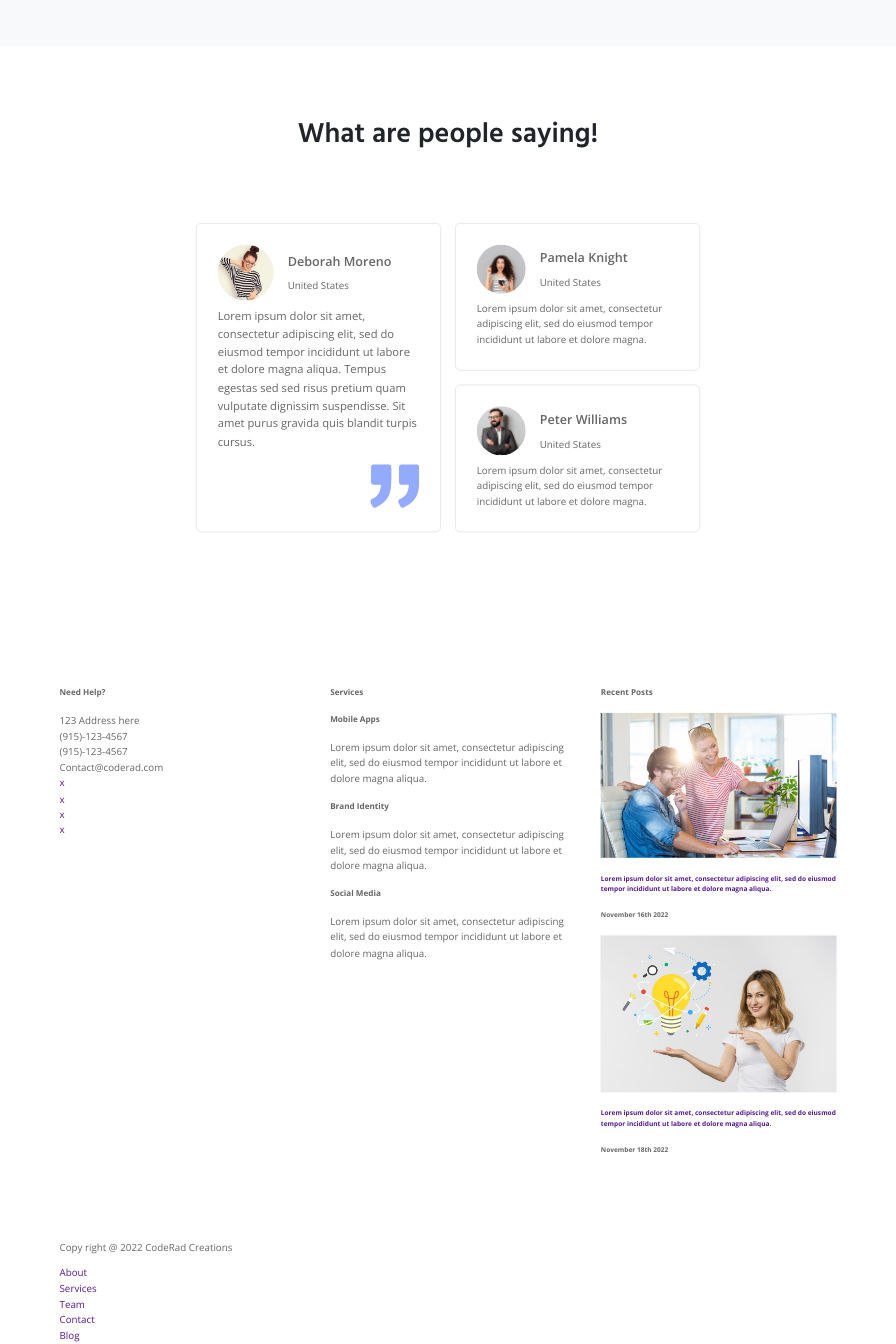
Repository: Sc-Juju/CodeRad
Page: index.html
The author's editor kept a copy of each file at every save. The page is drawn from the files as they stood at one save, then again after the next save.
The browser window is 1280 px wide. The pictures show the part of the page from y = 3248 to 5168 px (the page is 5168 px tall), at 70% of full size.

Above is the page before, as saved 2022-11-16 10:08:39.

### index.html
<!DOCTYPE html>
<html>
	<head>
		<meta charset="utf-8" />
		<meta http-equiv="X-UA-Compatible" content="IE=edge" />
		<title>CodeRad</title>
		<meta name="description" content="" />
		<meta name="viewport" content="width=device-width, initial-scale=1" />

		<link
			href="https://fonts.googleapis.com/css2?family=Open+Sans:wght@300;400;600;700&display=swap"
			rel="stylesheet"
		/>
		<link
			href="https://fonts.googleapis.com/css2?family=Hind:wght@300;400;500;600;700&display=swap"
			rel="stylesheet"
		/>

		<link rel="stylesheet" href="./css/default.css" />
		<link rel="stylesheet" href="./css/styles.css" />
		<link rel="stylesheet" href="./css/responsive.css" />
	</head>
	<body>
		<nav class="navbar nav">
			<div class="container">
				<button
					class="navbar-toggler"
					aria-expanded="false"
					aria-controls="navbarDropdown"
				>
					<span>&#9776;</span>
				</button>
				<a class="navbar-brand" href="index.html">CodeRad</a>
				<ul class="navbar-nav">
					<li class="nav-link">
						<a href="#">Home</a>
					</li>

					<li class="nav-link">
						<a href="#">Blog</a>
					</li>
					<li class="nav-link">
						<a href="#">Portfolio</a>
					</li>
					<li class="nav-link">
						<a href="#">Contact</a>
					</li>
				</ul>
			</div>
		</nav>

		<header class="bg-header">
			<div class="container">
				<div class="hero-wrapper">
					<h2 class="hero-header">
						Young in our spirits and <br />
						modern look.
					</h2>
					<a class="btn btn-white" href="#">Learn more</a>
				</div>
			</div>
		</header>
		<!--Why me-->
		<section>
			<div class="container why-me-wrapper">
				<div class="block-text">
					<span>Why choose me</span>
					<h2>
						Meeting Your Needs <br />
						In Website Building
					</h2>
					<p>
						Lorem ipsum dolor sit amet, consectetur adipiscing elit,
						sed do eiusmod tempor incididunt ut labore et dolore
						magna aliqua.
					</p>
					<a href="" class="btn btn-primary">Learn More</a>
				</div>
				<div>
					<img src="./CodeRad-assets/image2.svg" alt="Icon Chart" />
				</div>
			</div>
		</section>
		<!--Services-->
		<section class="bg-contrast">
			<div class="container service-grid">
				<div class="service-card">
					<span class="bg-color-1"></span>
					<div>
						<h3>Branding</h3>
						<p>
							Lorem ipsum dolor sit amet, consectetur adipiscing
							elit, sed do eiusmod tempor incididunt ut labore et
							dolore magna aliqua. Ut morbi tincidunt augue
							interdum velit euismod in pellentesque. Congue
							mauris rhoncus aenean vel.
						</p>
					</div>
				</div>
				<div class="service-card">
					<span class="bg-color-2"></span>
					<div>
						<h3>Design & UX</h3>
						<p>
							Lorem ipsum dolor sit amet, consectetur adipiscing
							elit, sed do eiusmod tempor incididunt ut labore et
							dolore magna aliqua. Ut morbi tincidunt augue
							interdum velit euismod in pellentesque. Congue
							mauris rhoncus aenean vel.
						</p>
					</div>
				</div>
				<div class="service-card">
					<span class="bg-color-3"></span>
					<div>
						<h3>Development</h3>
						<p>
							Lorem ipsum dolor sit amet, consectetur adipiscing
							elit, sed do eiusmod tempor incididunt ut labore et
							dolore magna aliqua. Ut morbi tincidunt augue
							interdum velit euismod in pellentesque. Congue
							mauris rhoncus aenean vel.
						</p>
					</div>
				</div>
				<div class="service-card">
					<span class="bg-color-4"></span>
					<div>
						<h3>User analysis</h3>
						<p>
							Lorem ipsum dolor sit amet, consectetur adipiscing
							elit, sed do eiusmod tempor incididunt ut labore et
							dolore magna aliqua. Ut morbi tincidunt augue
							interdum velit euismod in pellentesque. Congue
							mauris rhoncus aenean vel.
						</p>
					</div>
				</div>
				<div class="service-card">
					<span class="bg-color-5"></span>
					<div>
						<h3>UX Research</h3>
						<p>
							Lorem ipsum dolor sit amet, consectetur adipiscing
							elit, sed do eiusmod tempor incididunt ut labore et
							dolore magna aliqua. Ut morbi tincidunt augue
							interdum velit euismod in pellentesque. Congue
							mauris rhoncus aenean vel.
						</p>
					</div>
				</div>
				<div class="service-card">
					<span class="bg-color-6"></span>
					<div>
						<h3>SEO Service</h3>
						<p>
							Lorem ipsum dolor sit amet, consectetur adipiscing
							elit, sed do eiusmod tempor incididunt ut labore et
							dolore magna aliqua. Ut morbi tincidunt augue
							interdum velit euismod in pellentesque. Congue
							mauris rhoncus aenean vel.
						</p>
					</div>
				</div>
			</div>
		</section>

		<!--Video Demo-->
		<section class="video-demo">
			<div class="container">
				<div class="block-text">
					<h2>Telling Our Story</h2>
					<p>
						Lorem ipsum dolor sit amet, consectetur adipiscing elit,
						sed do eiusmod tempor <br />
						incididunt ut labore et dolore magna aliqua.
					</p>
				</div>
				<div class="video-box">
					<a href="#" class="video-btn">
						<img
							src="./CodeRad-assets/play.svg"
							alt="Play Video Button"
						/>
					</a>
					<img
						src="./CodeRad-assets/demo-video-thumbnail.jpg"
						alt="Video thumbnail"
					/>
				</div>
			</div>
		</section>

		<!--Pricing plans-->
		<section class="bg-contrast">
			<div class="block-text pricing-header">
				<h2>Choose The Right Package For You!</h2>
				<p>
					Lorem ipsum dolor sit amet, consectetur adipiscing elit, sed
					do eiusmod tempor <br />
					incididunt ut labore et dolore magna aliqua.
				</p>
			</div>
			<div class="pricing-table">
				<div class="price-card">
					<h3>Basic</h3>
					<div class="price">$99.90</div>
					<div class="billed">per month</div>
					<hr />
					<ul>
						<li>
							<span class="title">Community Support</span>
							<span class="icon">&#10003;</span>
						</li>
						<li>
							<span class="title">Flexible simple license</span>
							<span class="icon">&#10003;</span>
						</li>
						<li>
							<span class="title">100+ styled components</span>
							<span class="icon">&#10761;</span>
						</li>
						<li>
							<span class="title">100+ Header variations</span>
							<span class="icon">&#10761;</span>
						</li>
						<li>
							<span class="title">Speedy build tooling</span>
							<span class="icon">&#10761;</span>
						</li>
					</ul>
				</div>

				<div class="price-card featured">
					<h3>Standard</h3>
					<div class="price">$199.90</div>
					<div class="billed">per month</div>
					<hr />
					<ul>
						<li>
							<span class="title">Community Support</span>
							<span class="icon checked">&#10003;</span>
						</li>
						<li>
							<span class="title">Flexible simple license</span>
							<span class="icon checked">&#10003;</span>
						</li>
						<li>
							<span class="title">100+ styled components</span>
							<span class="icon checked">&#10003;</span>
						</li>
						<li>
							<span class="title">100+ Header variations</span>
							<span class="icon times">&#10761;</span>
						</li>
						<li>
							<span class="title">Speedy build tooling</span>
							<span class="icon times">&#10761;</span>
						</li>
						<div class="plan-btn-wrapper">
							<a href="" class="btn btn-primary">Learn More</a>
						</div>
					</ul>
				</div>

				<div class="price-card">
					<h3>Enterprise</h3>
					<div class="price">$499.90</div>
					<div class="billed">per month</div>
					<hr />
					<ul>
						<li>
							<span class="title">Community Support</span>
							<span class="icon">&#10003;</span>
						</li>
						<li>
							<span class="title">Flexible simple license</span>
							<span class="icon">&#10003;</span>
						</li>
						<li>
							<span class="title">100+ styled components</span>
							<span class="icon">&#10003;</span>
						</li>
						<li>
							<span class="title">100+ Header variations</span>
							<span class="icon">&#10003;</span>
						</li>
						<li>
							<span class="title">Speedy build tooling</span>
							<span class="icon">&#10003;</span>
						</li>
					</ul>
				</div>
			</div>
		</section>

		<!--Testimonials-->
		<section class="testimonials">
			<div class="block-text">
				<h2>What are people saying!</h2>
			</div>
			<div class="testimonial-grid">
				<div class="testimonial-card lg">
					<div class="top">
						<img
							src="./CodeRad-assets/1.png"
							alt=""
							class="profile"
						/>
						<div class="top-info">
							<h4>Deborah Moreno</h4>
							<span>United States</span>
						</div>
					</div>
					<div class="bottom">
						<p>
							Lorem ipsum dolor sit amet, consectetur adipiscing
							elit, sed do eiusmod tempor incididunt ut labore et
							dolore magna aliqua. Tempus egestas sed sed risus
							pretium quam vulputate dignissim suspendisse. Sit
							amet purus gravida quis blandit turpis cursus.
						</p>
						<span>
							<img
								src="./CodeRad-assets/quote-colored.svg"
								alt="quote"
								class="quote"
							/>
						</span>
					</div>
				</div>

				<div class="testimonial-card md">
					<div class="top">
						<img
							src="./CodeRad-assets/2.png"
							alt=""
							class="profile"
						/>
						<div class="top-info">
							<h4>Pamela Knight</h4>
							<span>United States</span>
						</div>
					</div>
					<div class="bottom">
						<p>
							Lorem ipsum dolor sit amet, consectetur adipiscing
							elit, sed do eiusmod tempor incididunt ut labore et
							dolore magna.
						</p>
					</div>
				</div>

				<div class="testimonial-card md">
					<div class="top">
						<img
							src="./CodeRad-assets/3.png"
							alt=""
							class="profile"
						/>
						<div class="top-info">
							<h4>Peter Williams</h4>
							<span>United States</span>
						</div>
					</div>
					<div class="bottom">
						<p>
							Lorem ipsum dolor sit amet, consectetur adipiscing
							elit, sed do eiusmod tempor incididunt ut labore et
							dolore magna.
						</p>
					</div>
				</div>
			</div>
		</section>
		<!--Footer-->
		<footer class="bg-footer">
			<div class="container">
				<section class="footer-top">
					<div class="footer-col">
						<h5>Need Help?</h5>
						<div class="contact-info">
							<ul>
								<li>123 Address here</li>
								<li>(915)-123-4567</li>
								<li>(915)-123-4567</li>
								<li>Contact@coderad.com</li>
							</ul>
						</div>
						<div class="social-icons">
							<ul>
								<li><a href="">x</a></li>
								<li><a href="">x</a></li>
								<li><a href="">x</a></li>
								<li><a href="">x</a></li>
							</ul>
						</div>
					</div>
					<div class="footer-col">
						<h5>Services</h5>
						<div class="seervices-wrapper">
							<h5>Mobile Apps</h5>
							<p>
								Lorem ipsum dolor sit amet, consectetur
								adipiscing elit, sed do eiusmod tempor
								incididunt ut labore et dolore magna aliqua.
							</p>
						</div>
						<div class="seervices-wrapper">
							<h5>Brand Identity</h5>
							<p>
								Lorem ipsum dolor sit amet, consectetur
								adipiscing elit, sed do eiusmod tempor
								incididunt ut labore et dolore magna aliqua.
							</p>
						</div>
						<div class="seervices-wrapper">
							<h5>Social Media</h5>
							<p>
								Lorem ipsum dolor sit amet, consectetur
								adipiscing elit, sed do eiusmod tempor
								incididunt ut labore et dolore magna aliqua.
							</p>
						</div>
					</div>
					<div class="footer-col">
						<h5>Recent Posts</h5>
						<div class="recent-posts">
							<img src="./CodeRad-assets/blog1.jpg" alt="blog1" />
							<div class="post-inner">
								<h6>
									<a href=""
										>Lorem ipsum dolor sit amet, consectetur
										adipiscing elit, sed do eiusmod tempor
										incididunt ut labore et dolore magna
										aliqua.</a
									>
								</h6>
								<h6>November 16th 2022</h6>
							</div>
						</div>
						<div class="recent-posts">
							<img src="./CodeRad-assets/blog2.jpg" alt="blog2" />
							<div class="post-inner">
								<h6>
									<a href=""
										>Lorem ipsum dolor sit amet, consectetur
										adipiscing elit, sed do eiusmod tempor
										incididunt ut labore et dolore magna
										aliqua.</a
									>
								</h6>
								<h6>November 18th 2022</h6>
							</div>
						</div>
					</div>
				</section>
				<section class="footer-bottom">
					<div class="footer-bottom-wrapper">
						<div class="copyright">
							<p>Copy right @ 2022 CodeRad Creations</p>
						</div>
						<div class="footer-bottom-links">
							<ul>
								<li><a href="">About</a></li>
								<li><a href="">Services</a></li>
								<li><a href="">Team</a></li>
								<li><a href="">Contact</a></li>
								<li><a href="">Blog</a></li>
							</ul>
						</div>
					</div>
				</section>
			</div>
		</footer>
	</body>
</html>

### css/default.css
:root{
    --white:#fff;
    --black: #000;
    --font-color-base:#666;
    --font-color-dark:#212529;
    --font-color-light:#b0aebe;
    --font-color-link:#57a6ff;
    --footer:#34314b;
    --footer-base:2e2b45;
    --contrast:rgba(246, 248, 249, 0.8);
    --success: #64ecf5;
    --danger:#ff8b8d;
    --grad-1:#a1ecff;
    --grad-2:#7dbcff;


    --size-10:0.625rem;
    --size-14:0.875rem;
    --size-16:1rem;
    --size-18:1.125rem;
    --size-20:1.25rem;
    --size-30:1.875rem;
    --size-40:2.5rem;
    --size-50:3.125rem;
    --size-100:6.25rem;
    --size-150:9.375rem;
}
body{
    font-family:"Open Sans", sans-serif;
    font-weight: 400;
    font-size:0.875rem;
    line-height: 1.6;
    letter-spacing: 0;
    color: var(--font-color-base);
    margin:0;
    padding:0;
}
*,
::after,
::before{
    box-sizing: border-box;
}
ul{
    padding:0;
    margin:0;
    list-style: none;
}
a {text-decoration: none;}
p {margin-top:0;}
h2{
    font-size:1.75rem;
    font-weight:500;
    line-height:1.2;
}
img {
    width:100%;
    max-width:100%;
    vertical-align:middle;
    border-style: none;
}
.container{
    width: 100%;
    padding-left:15px;
    padding-right:15px;
    margin-right:auto;
    margin-left:auto;
}

.btn{
    display: inline-block;
    font-weight: 400;
    color: var(--font-color-dark);
    text-align: center;
    cursor: pointer;
    user-select: none;
    background-color: transparent;
    border: 1px solid transparent;
    padding: .375rem .75rem;
    border-radius:1.25rem;
    transition: ease-in-out .3s;
}
.btn-primary{
    background-image: linear-gradient(90deg, var(--grad-1)0%, var(--grad-2)100%);
    border: 1px var(--grad-1);
    box-shadow: 0 10px 20px rgba(161, 236, 255, .5);
    transition: ease-in-out .3s;
    color: var(--white);
    padding: .4375rem 1.5625rem;
}

.btn-white{
    background-color: var(--white);
    color: var(--font-color-link);
    box-shadow: 0px 10px 20px rgba(255, 255, 255, .35);
    padding: .475rem 1.75rem;
}

@media (min-width:1200px){
    .container{ max-width: 1140px; }
}
@media (min-width:768px){
    .pricing-table,
    .testimonial-grid{max-width:720px;}
}

### css/styles.css
.navbar{
    position: fixed;
    top: 0;
    right: 0;
    left: 0;
    z-index: 200;
    transition: ease-in-out .3s;
}
[aria-controls="navbarDropdown"]{
    display:none;
}
.navbar-nav{
    display: flex;
    align-items: center;
}
.navbar .container{
    display: flex;
    align-items: center;
}
.navbar-brand{
    margin-right:auto;
    font-size: 2rem;
    font-weight: 700;
    width: 100%;
    transition: ease-in-out .3s;
    color: var(--white);

}
.bg-header,
.video-demo{
    background-color: var(--footer);
    background-repeat: no-repeat;
    background-size: cover;
    background-position:50% 20%;
    position: relative;
    z-index: 1;
    padding: 4.6875rem 0;
}
.bg-header{background-image: url(../CodeRad-assets/bg-header-1.jpg);}
.video-demo{background-image: url(../CodeRad-assets/bg-demo.jpg);}
.bg-header::before{
    background-image: linear-gradient(30deg,
    rgba(21,27,38, .8)0%,
    rgba(0,0,0,.2)100%);
    position: absolute;
    content:"";
    top: 0;
    left: 0;
    right: 0;
    bottom: 0;
    width: 100%;
    height: 100%;
    z-index: -1;
}
.nav-link a{
    color: var(--white);
    font-size: .8125rem;
    font-weight: 600;
    font-family: "Hind", sans-serif;
    text-transform: uppercase;
    margin-right: 2.5rem;
    line-height: 1.25rem;
}
.hero-header{
    color: var(--white);
}
.why-me-wrapper{
    display: flex;
    align-items: center;
}
.why-me-wrapper div{
    flex: 1;
}
.block-text{
    padding-right: var(--size-50);
}
.block-text span{
    color: var(--font-color-dark);
    font-weight: 300;
}
.block-text h2{
    font-size: var(--size-40);
    font-family: "Hind", sans-serif;
    font-weight: 600;
    color: var(--font-color-dark);
    margin-bottom: var(--size-20);
    line-height: 1.3;
    margin-top: 0.5rem;
}
.bg-contrast{
    background-color: var(--contrast);
    padding: var(--size-150) 0;
    margin: 0 auto;
}
.service-grid{
    display: grid;
    grid-template-columns: repeat(auto-fit,minmax(300px, 1fr));
    gap: var(--size-20);
}
.service-card{
    padding: var(--size-30);
    box-shadow: 0 0 10px rgba(48, 63, 100, .15);
    background: white;
    border-radius: 8px;
}
.service-card span{
    width:4.375rem;
    height: 4.375rem;
    background: green;
    display: block;
    float: left;
    margin-right: 15px;
    border-radius: 50%;
    background: var(--font-color-light);
}
span.bg-color-1 {background-image: linear-gradient(90deg, #9ccdf3 0%, #94aafd 100%);}
span.bg-color-2 {background-image: linear-gradient(90deg, #55edc0 0%, #4bdbdb 100%);}
span.bg-color-3 {background-image: linear-gradient(90deg, #fda498 0%, #f58b9e 100%);}
span.bg-color-4 {background-image: linear-gradient(90deg, #f2a7ca 0%, #c289f4 100%);}
span.bg-color-5 {background-image: linear-gradient(90deg, #ffc187 0%, #fe93a7 100%);}
span.bg-color-6 {background-image: linear-gradient(90deg, #a1ecff 0%, #7dbcff 100%);}

.video-demo{text-align: center;}
.video-demo .block-text{padding-right: 0;}

.video-demo .block-text h2,
.video-demo .block-text p{
    color: var(--white);
}

.video-btn{
    position: absolute;
    top: 50%;
    left: 50%;
    transform: translate(-50%, -50%);
    box-shadow: 0 10px 20px rgba(57, 166, 251, .3);
}
.video-btn img{
    height: var(--size-100);
    width: var(--size-100);
}
.video-box{
    position: relative;
    margin-bottom: -9.375rem;
    z-index: 100;
}
.video-box > img{
    max-width: 600px;
    border-radius: 8px;
}
.block-text.pricing-header{
    text-align: center;
    padding-right: 0;
    margin: var(--size-100) 0;
}
.pricing-table{
    display: grid;
    grid-template-columns: repeat(auto-fit, minmax(215px, 1fr));
    gap: var(--size-18);
    margin: auto;
    align-items: flex-start;
}
.price-card{
    background-color:var(--white);
    border-radius: 8px;
    padding: var(--size-16);
}
.price-card .checked{color: var(--success);}
.price-card .times{color: var(--danger);}

.price-card.featured{
    box-shadow: 0 10px 20px rgba(82,179,255,.2);
    margin-top: -1rem;
}
.price-card h3{
    margin-top: var(--size-40);
    font-size: var(--size-18);
    color: var(--font-color-dark);
    font-weight: 600;
}
.plan-card hr{margin: 2rem 0 1rem;}
.price{
    color: var(--font-color-link);
    font-size: var(--size-30);
    font-weight: 600;
}
.price-card h3,
.price-card .price,
.price-card .billed{text-align: center;}

.price-card li{margin-bottom: var(--size-20);}
.price-card .icon{
    float: right;
    font-weight:600;
}
.plan-btn-wrapper{text-align: center;}

.testimonials{ margin: var(--size-100) 0;}

.testimonial-grid{
    display: grid;
    grid-template-columns: repeat(auto-fit, minmax(300px, 1fr));
    grid-template-rows: 1fr 1fr;
    gap: var(--size-20);
    margin: 0 auto;
}

.testimonials .block-text{
    padding-right: 0;
    text-align: center;
    margin: var(--size-100) 0;
}

.testimonial-card{
    border: 1px solid #dedede;
    border-radius: 8px;
    padding: var(--size-30);
}

.testimonial-card.lg{
    grid-row: 1 / 3;
    grid-column: 1 / 2;
}

.testimonial-card.lg .quote{
    width: 4.375rem;
    float: right;
    margin-top: var(--size-16);
}

.testimonial-card.md .bottom p{ font-size: var(--size-14);}

.testimonial-card .top{
    display:flex;
    align-items: center;
    padding-bottom: var(--size-10);
}

.testimonial-card img.profile{
    width: 4.375rem;
    border-radius: 50%;
    margin-right: var(--size-20);
}

.testimonial-card.lg img.profile{ width: 5rem;}

.top h4{
    margin-top: 0;
    margin-bottom: var(--size-10);
    font-weight: 600;
    font-size: var(--size-18);
}

.bottom p{
    margin: 0;
    font-size: var(--size-16);
    line-height: 1.6;
}

footer .bg-footer{ background-color: var(--footer);}
footer .footer-bottom{ background-color: var(--footer-base);}

footer .footer-top {
    display: grid;
    grid-template-columns: repeat( auto-fit, minmax(250px, 1fr));
    gap: var(--size-50);
    padding: var(--size-100) 0;
}

Loaded but not shown: css/responsive.css (no copy from this time; the picture is the same without it)

After the next save:
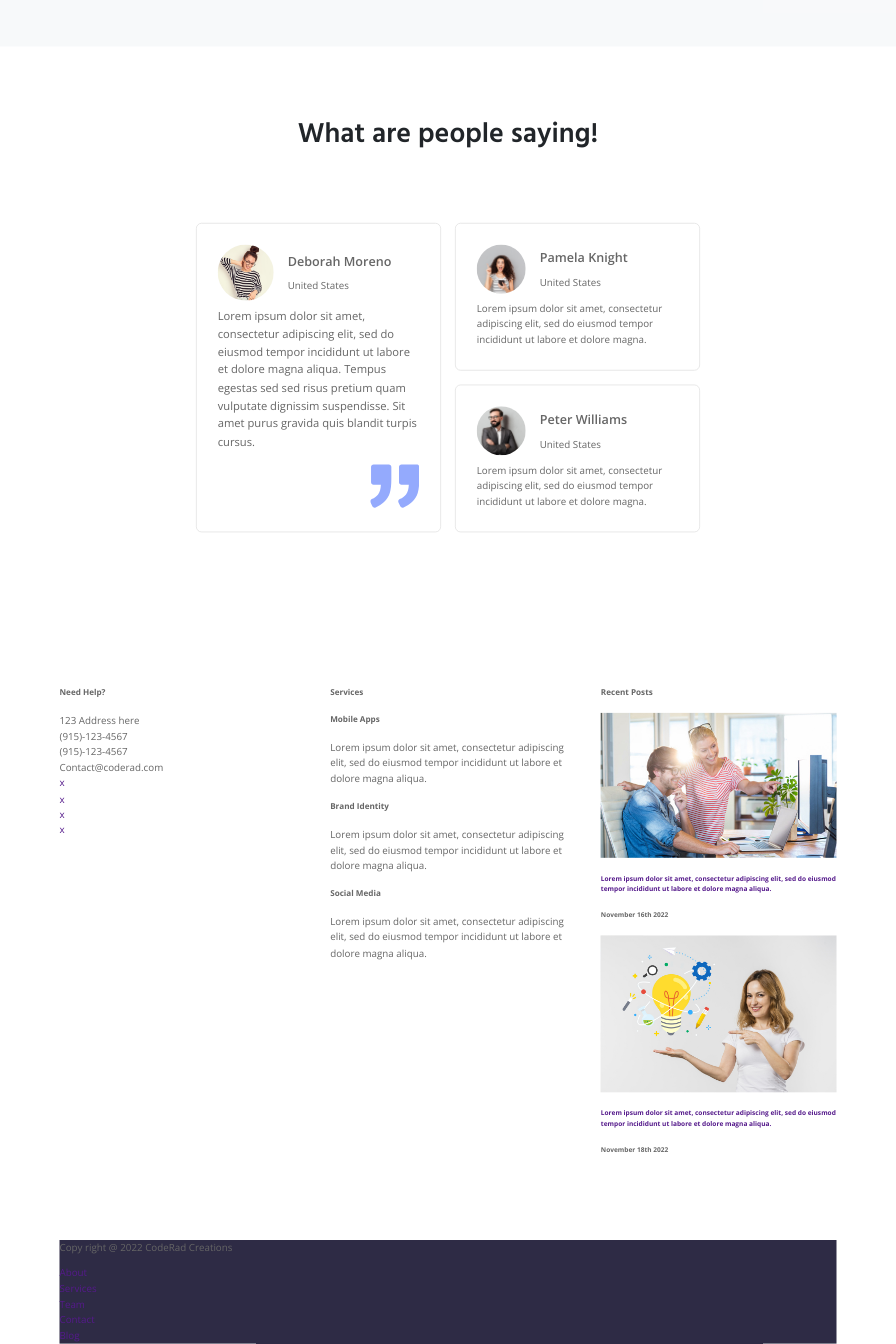
Saved 52 s later.
--- a/css/default.css
+++ b/css/default.css
@@ -6,7 +6,7 @@
     --font-color-light:#b0aebe;
     --font-color-link:#57a6ff;
     --footer:#34314b;
-    --footer-base:2e2b45;
+    --footer-base:#2e2b45;
     --contrast:rgba(246, 248, 249, 0.8);
     --success: #64ecf5;
     --danger:#ff8b8d;
